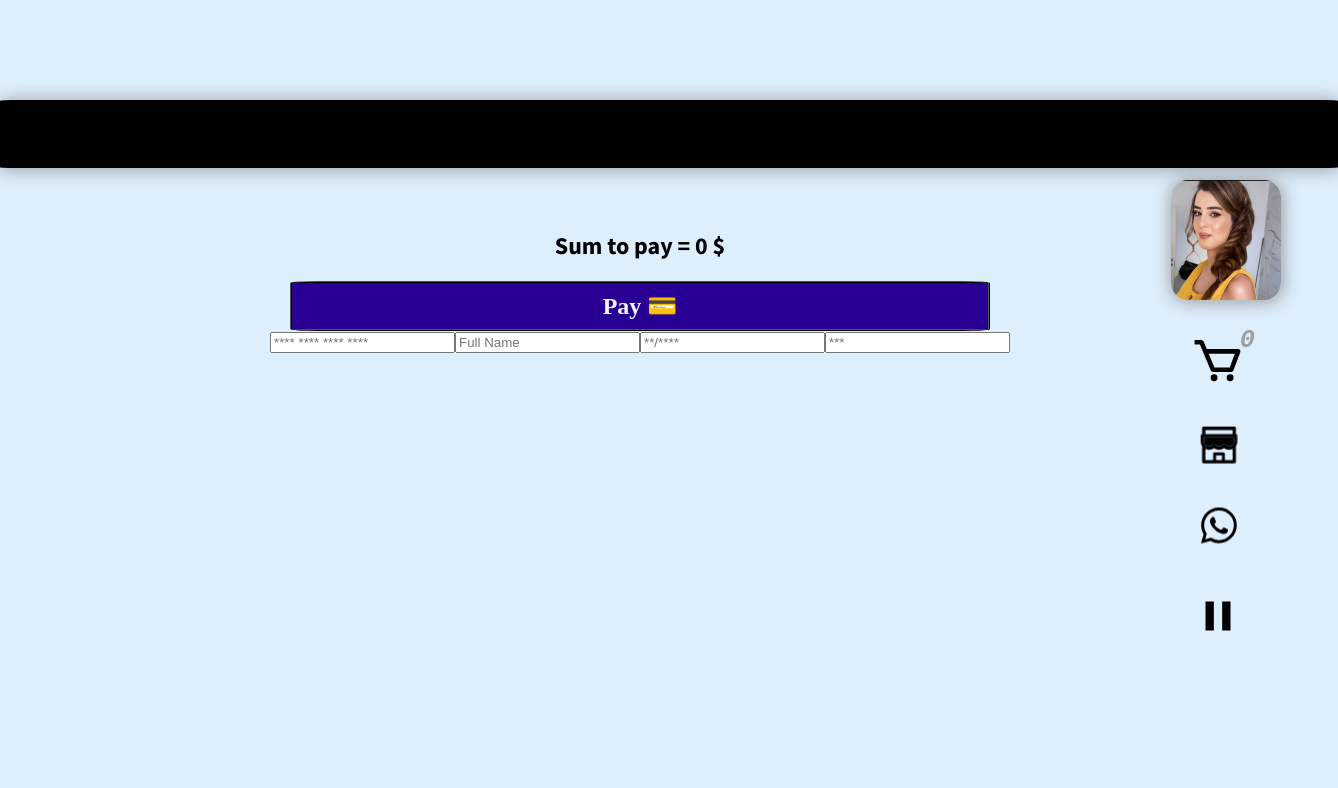
Repository: rehamAbass/BeautyCareShop
Page: /, after clicking the first element matching `svg.cartIcon`
These files come from the project's save history. The page is drawn as it stood at one moment and after the next save; the edit follows.
The browser window is 1280 px wide. The page is 1338 px wide, so the pictures cover 1338 px, including what lies to the right of the window. The pictures show the whole page.
The page's requests for data from a server got no answer. Some web fonts or font styles are not loaded; a fallback is used. The project was rebuilt for these pictures with package versions that can differ from the ones it lists, and the page was loaded fresh each time. No one was signed in, and anything a server would have sent is missing. Also part of the build but not shown: src/components/allProducts/card-list.css, src/components/allProducts/prod/card.css, src/components/allProducts/prod/card.component.jsx, src/components/search-box/search-box.css, src/components/myCart/cartProduct/cartProduct.css, src/components/myCart/cartProduct/cartProduct.jsx. Imported but missing from the stored project, and not drawn on this page: src/components/header/music/ed.mp3.

Above is the page before, as saved 2022-06-08 17:10:09.

### public/index.html
<!DOCTYPE html>
<html lang="en">
  </style>
  <head>
    <meta charset="utf-8" />
    <link rel="icon" href="" />
    <meta name="viewport" content="width=device-width, initial-scale=1" />
    <meta name="theme-color" content="#000000" />
    <meta
      name="description"
      content="Web site created using create-react-app"
    />
    <link rel="apple-touch-icon" href="" />
    <link rel="manifest" href="%PUBLIC_URL%/manifest.json" />
    <link rel="preconnect" href="https://fonts.googleapis.com">
    <link rel="preconnect" href="https://fonts.gstatic.com" crossorigin>
    <link href="https://fonts.googleapis.com/css2?family=Bigelow+Rules&display=swap" rel="stylesheet">
    <link rel="preconnect" href="https://fonts.googleapis.com">
    <link rel="preconnect" href="https://fonts.gstatic.com" crossorigin>
    <link href="https://fonts.googleapis.com/css2?family=Bigelow+Rules&family=Dancing+Script&display=swap"
      rel="stylesheet">
    <title color:'purble'>BeautyShop💄</title>
  </head>
  <body>

    <div id="root"></div>
  </body>
</html>

<!--
  <video id="video1" loop="" muted="" src="https://prod-streaming-video-msn-com.akamaized.net/aa5cb260-7dae-44d3-acad-3c7053983ffe/1b790558-39a2-4d2a-bcd7-61f075e87fdd.mp4"></video>

 -->

### src/components/allProducts/card-list.component.jsx

import './card-list.css'
import Card from './prod/card.component'
import React from 'react'

const CardList = ({ group ,addProduct}) => {
    return (
        <div className='card-list'>
            {group.map((p,i) =>
                (
                    <Card
                    key={i}
                    product={p}
                     addProduct={addProduct}/>
                )
            )
            }
        </div >

    )
}

export default CardList;

### src/components/search-box/search-box.component.jsx

import React from 'react'
import './search-box.css'


const SearchBox = ({ className, placeholder, searchHandler, group }) => {

    return (
        <div className='search-box'>
            <input
                className={className}
                type='search'
                placeholder='Search Products'
                onChange={searchHandler}
                style={{
                     fontStyle:'unset', fontStretch: 'extra-expanded'
                , fontSize:'large', borderRadius:'15%'}}
            />
            {group.length === 0 ?
                <div className='alert2'> NO Products with this prefix </div> : ''}
        </div>
    )
}


export default SearchBox;

### src/App.css
body {
  margin: 0;
  padding: 0;
  font-family: -apple-system, BlinkMacSystemFont, 'Segoe UI', 'Roboto', 'Oxygen',
    'Ubuntu', 'Cantarell', 'Fira Sans', 'Droid Sans', 'Helvetica Neue',
    sans-serif;
    background-color:rgba(192, 190, 228, 0.135);
  -webkit-font-smoothing: antialiased;
  -moz-osx-font-smoothing: grayscale;
  text-align: center;
}



















/* -------------------------------------------------------------------------------------- */

/* .App {
  text-align: center;
}

.App-logo {
  height: 40vmin;
  pointer-events: none;
}

@media (prefers-reduced-motion: no-preference) {
  .App-logo {
    animation: App-logo-spin infinite 20s linear;
  }
}

.App-header {
  background-color: #2d5cba;
  min-height: 100vh;
  display: flex;
  flex-direction: column;
  align-items: center;
  justify-content: center;
  font-size: calc(10px + 2vmin);
  color: white;
}

.App-link {
  color: #61dafb;
}

@keyframes App-logo-spin {
  from {
    transform: rotate(0deg);
  }
  to {
    transform: rotate(360deg);
  }
}

*/

### src/components/header/header.component.jsx
import React from 'react'
import './header.css'
import Music from './music/music.component';
import fatme from './fatme.jpeg'
import CartIcon from './cartIcon/cartIcon.component';
import {BsWhatsapp} from 'react-icons/bs'
import {AiTwotoneShop} from 'react-icons/ai'

const Header = ({counter,imgs, handleCart}) => {
    return (
        <div className='headClass'>
        <div className='imgs'>
            {imgs.map((link, i) => (
                    (i>=19 && i <29)&&<img
                    style={{transform:'scale(1)' ,  margin:'0px'}}
                    key={i}
                    src={link} alt='prod' />

            ))}
        </div>

            <img className='myImg' src={fatme} alt='me'
            />
               <CartIcon
            counter={counter}
             handleCart={handleCart}
            />
            <AiTwotoneShop
            className='goHome'
                onClick={() => {
                     handleCart(false)}}
            />
            <h4 className='title' >
                <marquee direction='left' loop='2' >Fatima Beauty Care Shop</marquee>
            </h4>


            <Music />


            <a  className='whatsApp'  aria-label="whats"
                target="_blank" rel="noopener"
                href="https://api.whatsapp.com/send?phone=972543656019&text=hello%20Fatima%20from%20your%20BeautyCareShop%20Website%20💄"
              >
              <BsWhatsapp/>
            </a>
        </div>
    )
}

export default Header;

### src/components/myCart/myCart.jsx
import './myCart.css'
import React from 'react'
import Card from './cartProduct/cartProduct.jsx'
import { useState } from 'react'

import Pay from './Payment/Pay'


const Cart = ({ sum, group, addProduct, deleteProduct, decreaseProduct  , handleSumCount}) => {

        const [paid, setPaid] = useState(false);
        const handlePaid = (val) => {
                setPaid(val);
            }
            //--------------------------------------
    return (
        <div className='allComp' >
              <h2 className='sum'> Sum to pay =  { sum } $ </h2>

            {(paid === false)&&
            <button className='payy'
                onClick={() => {
                    handlePaid(true);
                    //  handleSumCount(true);
                      }}>
                 Pay 💳
                 </button>}

                 {(paid === false)&&
                 <Pay/>}

           {(paid == true)&&
            <h2
            style={{ fontSize: 'x-large' }}>
                THANK YOU MAN, PAID SUSSESSFULLY💳👍🏼👍🏼
            </h2>}


           {(paid === false) &&
            <div className='myCart' > {
                group.map((p, index) => (<
                                Card key = { index }
                                product = { p }
                                addProduct = { addProduct }
                                deleteProduct = { deleteProduct }
                                decreaseProduct = { decreaseProduct }
                                />)
                            )
            }
            </div>}
            </div>
                    )
                }


                export default Cart;

### src/components/header/header.css
.title {
    width: 110%;
    position: relative;
    font-size: 46px;
    font-weight: bolder;
    font-family: 'Dancing Script';
 color:rgb(251, 251, 251);
    font-stretch: extra-expanded;
    /* text-shadow: 11px 1px 11px rgb(255, 0, 123); */
    background-color: rgb(0, 0, 0);
     box-shadow: 1px 1px 17px 1px rgba(135, 134, 135, 0.74);
     margin-top: 40px;
     border-radius:1%;
}
.imgs{
    width: 110%;
    position: relative;
    height:60px;
     margin: 0px;
}
.goHome{
    color:rgb(0, 0, 0);
     position:fixed;
    margin-left: 47%;
    margin-top:376px;
     transform: scale(2.6);
}
.goHome:hover{
    color:rgb(160, 160, 164);
    transform:scale(3);
}
.whatsApp{
    color:rgb(0, 0, 0);
     position:fixed;
    margin-left: 47%;
    margin-top:290px;
     transform: scale(2);
}
.whatsApp:hover{
  color:rgb(160, 160, 164);

   }
.myImg{
    position:fixed;
    margin-left: 44%;
    margin-top:120px;
    width: 110px;
  height: 120px;
    box-shadow: 1px 1px 17px 1px rgb(155, 153, 153);
    border-radius:15%;
}

.headClass {
    border-radius: 12%;
    width: 95%;
    height: 30px;
    font-size: large;
    /* font-weight: 700; */
    font-style: italic;

}

### src/components/header/music/music.component.jsx
import './music.css'
import { useState, useEffect } from 'react'
import { MdPlayArrow, MdPause } from 'react-icons/md'
import  React  from 'react'
import ed from "./ed.mp3";

const aud = new Audio(ed);
aud.play();

const Music = () => {
    const [flagPlaying, setIsActive] = useState(true);
    const handleClick = (value) => {
        setIsActive(value);
        if (value === true) {
            aud.loop = true;
            aud.play();
        } else {
            aud.pause();
            aud.loop = false;
        }
    }

    return (<div className='myAudio'>
        {(flagPlaying === false) &&
            <MdPlayArrow
                className='btnAudio'
                onClick={() => {
                    if (flagPlaying === false) {
                        handleClick(true);
                    }
                }}
            />
        }
        {(flagPlaying === true) &&
            <MdPause
                className='btnAudio'
                style={{color:'black'}}
                onClick={() => {
                    if (flagPlaying === true) {
                        handleClick(false);
                    }
                }}
            />
        }
    </div>
    )
}


export default Music;

### src/components/header/cartIcon/cartIcon.component.jsx
import React from 'react'
import './cart.css'
import { BiCart } from "react-icons/bi";


const CartIcon = ({ counter,handleCart}) => {

    return (
        <div className='cart-container'>
            <span className='counter'>{counter}</span>
            <BiCart
                    className='cartIcon'
                    onClick={() => {
                      handleCart(true);
                     }}
                />
        </div>
    )
}
export default CartIcon;

### src/components/myCart/myCart.css
.myCart{
    width:900px;
    max-width: 900px;
    margin-left:3%;
    display: grid;
    grid-template-Columns:  1fr 1fr 1fr ;
    grid-gap: 0.4%;
    margin-top: 4%;
    margin-bottom:30%;
}

.alert1 {
    margin-top: 200px;
    text-align: center;
    /* padding: 40px; */
    /* color: rgb(55, 100, 212); */
    color:black;
    font-size: 50px;
    font-stretch: extra-expanded;
    font-family: 'Dancing Script';
    font-weight: bolder;
    text-shadow: 1px 1px  1px rgb(0, 0, 0);
    transform: scale(1.22);
    /* margin-top: '36%'; */
    margin-left:110%;
}
.sum{
    margin-top: 200px;
}
.alertPay {
     margin-left:-42%;
  /* margin-top: 400px; */
    text-align: center;
    color: rgb(13, 37, 100);
    font-size: 350x;
    /* font-stretch: extra-expanded; */
    /* font-family: 'Dancing Script'; */
    font-weight: bolder;
    text-shadow: 1px 1px  1px rgb(0, 0, 0);

}
.payy{
    cursor:pointer;
    border-style:ridge;
    border: 20 rgb(0, 0, 0);
    width :700px;
    height:50px;
      color:aliceblue;
    background-color:rgb(40, 0, 148);
   font-family:serif;
    font-size:x-large;
    font-weight:800;
    border-radius:4%;
}

.paybtn:hover{
    color:rgb(3, 3, 216);
    background-color:rgb(252, 252, 252);
    box-shadow: 1px 1px 2px 1px  rgb(0, 52, 197);
}

### src/components/myCart/Payment/Pay.jsx


import React from 'react'
import './Pay.css'

import {useState} from 'react';
const Pay =()=>{
    const [onChangee , setOnChangee] = useState({});
    const onChangeHandler =(obj)=>{
        setOnChangee(obj);
        }
 //-------------------------------
return (
    <div>
      <form id="cc-form">
    <input type="text" name="number" placeholder='**** **** **** ****'/>
    <input type="text" name="name" placeholder='Full Name'/>
    <input type="text" name="expiry" placeholder='**/****'/>
    <input type="text" name="cvc" placeholder='***'/>
</form>
    </div>
)

}



export default Pay;

### src/components/header/music/music.css
.myAudio {}

.btnAudio {
    width:  50px;
    height: 50px;
    position:fixed;
    margin-left: 45.7%;
    margin-top: 362px;
    color:rgb(0, 0, 0);
    border-radius: 90%;
}

.btnAudio:hover {
   color : rgb(160, 160, 164);
    transform: scale(1.125);
    box-shadow: 1px 1px 10px 1px  rgb(160, 162, 169);
}

### src/components/header/cartIcon/cart.css
.cartIcon{
     position:fixed;
    width:55px;
    height:55px;
    color:rgb(0, 0, 0);
    margin-top:1%;
    /* transform: translateZ(-1);
    transition: transform 0.25s ease-out; */
}
.cartIcon:hover{
    transform:scale(1.12);
    color:rgb(160, 160, 164);
}
.cart-container{
    position:fixed;
    margin-left: 93%;
    margin-top: 260px;
}
.cart-container:hover{
    color:rgb(0, 0, 0);
 /* transform: scale(1); */
 cursor: pointer;
}
.counter{
    font-size:large;
    font-family:'Courier New', Courier, monospace;

    color:rgb(160, 160, 164);
    font-weight:bolder;
    text-align: right;
      transform: scale(1.4);
    text-shadow: 2px 2px 12px 12px rgb(0, 0, 0);
    position: fixed;
    margin-left: 4%;
    margin-top:0.8%;
}

Loaded but not shown: src/index.js (common file); src/index.css (common file); src/App.js (180 lines, source omitted); src/components/myCart/Payment/Pay.css (631 lines, source omitted)

After the next save:
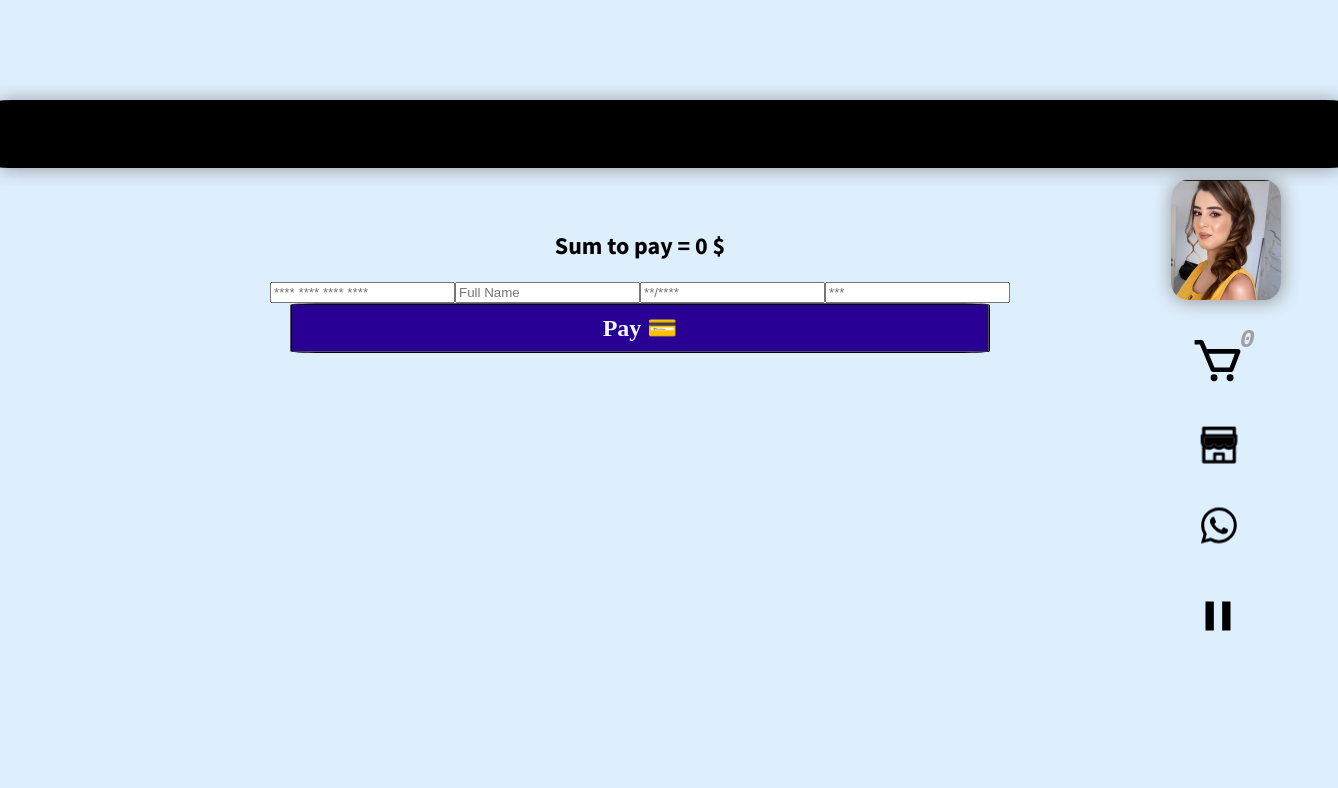
Saved 58 s later.
--- a/src/components/myCart/myCart.jsx
+++ b/src/components/myCart/myCart.jsx
@@ -17,18 +17,18 @@ const Cart = ({ sum, group, addProduct, deleteProduct, decreaseProduct  , handle
         <div className='allComp' >
               <h2 className='sum'> Sum to pay =  { sum } $ </h2>
 
-            {(paid === false)&&
+
+
+                 {(paid === false)&&
+                 <Pay/>}
+                  {(paid === false)&&
             <button className='payy'
                 onClick={() => {
                     handlePaid(true);
-                    //  handleSumCount(true);
+                     handleSumCount(true);
                       }}>
                  Pay 💳
                  </button>}
-
-                 {(paid === false)&&
-                 <Pay/>}
-
            {(paid == true)&&
             <h2
             style={{ fontSize: 'x-large' }}>
